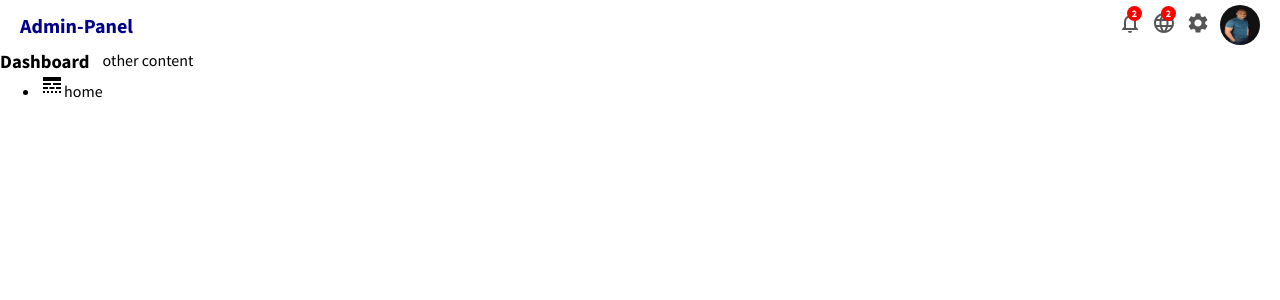
Repository: Samkiroko/admin-panel-ui
Page: /newUser
The author's editor kept a copy of each file at every save. The page is drawn from the files as they stood at one save, then again after the next save.
The browser window is 1280 px wide. The pictures show the whole page.
The project was rebuilt for these pictures with package versions that can differ from the ones it lists, and the page was loaded fresh each time.

Above is the page before, as saved 2021-09-22 15:33:17.

After the next save:
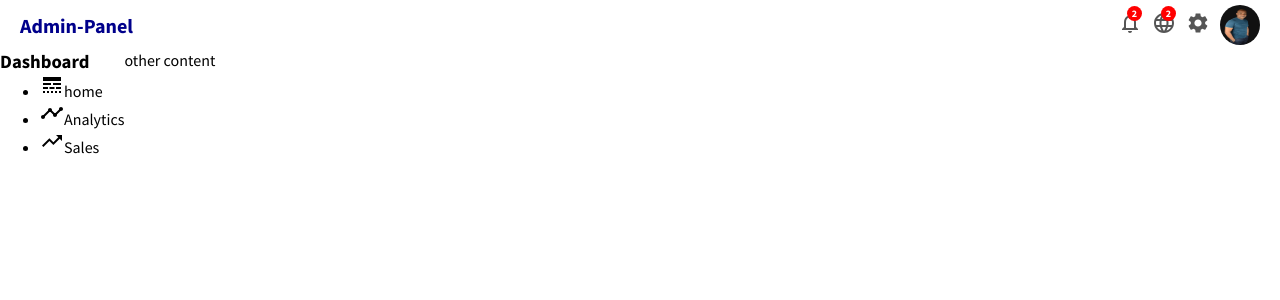
Saved 94 s later.
--- a/src/components/sidebar/Sidebar.js
+++ b/src/components/sidebar/Sidebar.js
@@ -1,4 +1,4 @@
-import { LineStyle } from '@material-ui/icons'
+import { LineStyle, Timeline, TrendingUp } from '@material-ui/icons'
 import React from 'react'
 
 const Sidebar = () => {
@@ -12,6 +12,14 @@ const Sidebar = () => {
               <LineStyle />
               home
             </li>
+            <li className='sidebarListItem'>
+              <Timeline />
+              Analytics
+            </li>
+            <li className='sidebarListItem'>
+              <TrendingUp />
+              Sales
+            </li>
           </ul>
         </div>
       </div>
